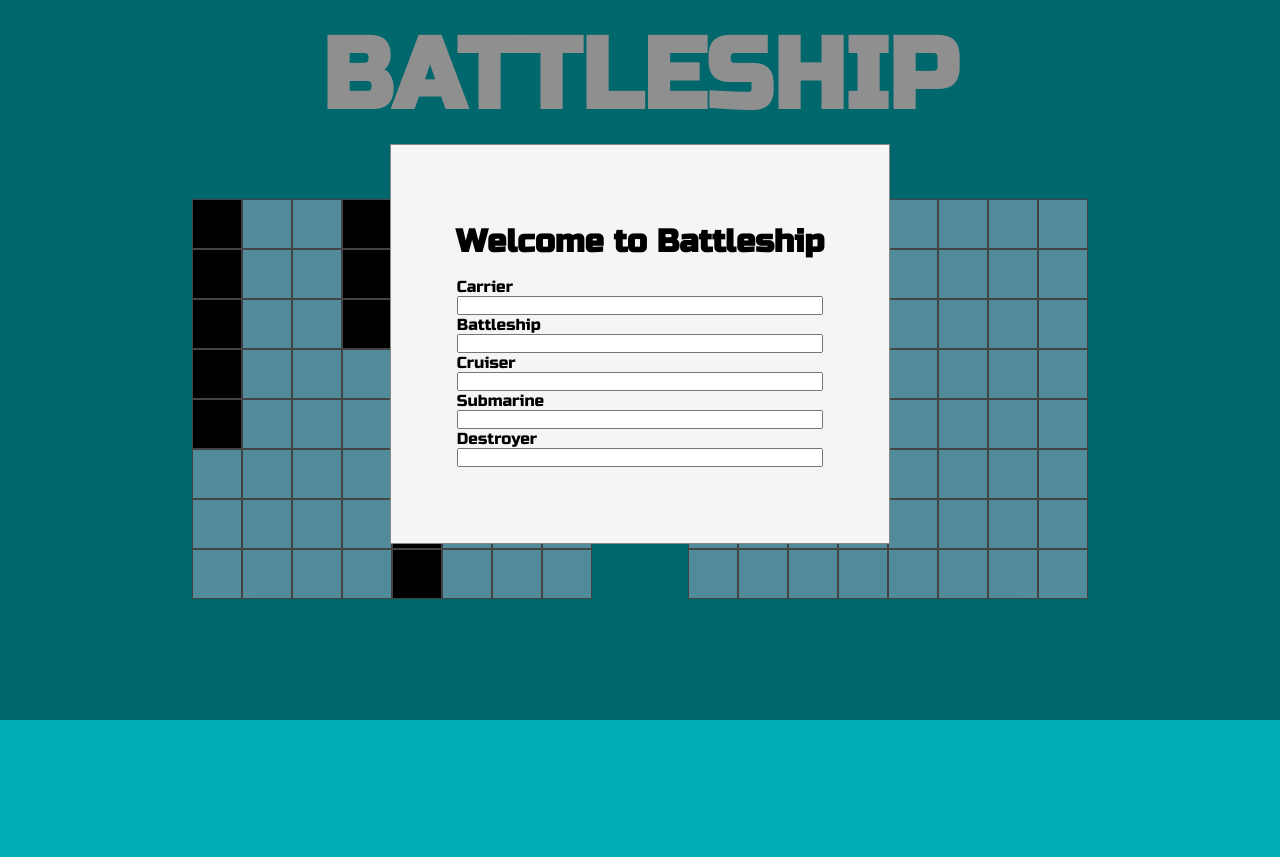
Repository: AzharMoosa/battleship
Page: /
These files come from the project's save history. The page is drawn as it stood at one moment and after the next save; the edit follows.
The browser window is 1280 px wide. The pictures show the whole page.
The project was rebuilt for these pictures with package versions that can differ from the ones it lists, and the page was loaded fresh each time.

Above is the page before, as saved 2020-07-09 10:09:02.

### src/App.js
import React from "react";
import Header from "./components/Header";
import Board from "./components/Board";
import { PlayersProvider } from "./context/PlayersContext";
import "./App.css";

function App() {
  return (
    <PlayersProvider>
      <div>
        <Header />
        <Board />
      </div>
    </PlayersProvider>
  );
}

export default App;

### src/components/Header.js
import React from "react";

const Header = () => {
  return (
    <div className='header'>
      <h1>Battleship</h1>
    </div>
  );
};

export default Header;

### src/components/Board.js
import React, { useState, Fragment } from "react";
import Square from "./Square";
import PlainSquare from "./PlainSquare";
import Player from "../functions/Player";
import Gameboard from "../functions/Gameboard";
import Overlay from "./Overlay";
import HitMiss from "./HitMiss";
import PlaceShip from "./PlaceShip";
import { v4 as uuidv4 } from "uuid";

const Board = () => {
  // eslint-disable-next-line
  const [player, setPlayer] = useState(Player(false));
  // eslint-disable-next-line
  const [computer, setComputer] = useState(Player(true));
  const [playerBoard, setPlayerBoard] = useState(Gameboard());
  const [computerBoard, setComputerBoard] = useState(Gameboard());
  const [playerTurn, setPlayerTurn] = useState(true);

  const getOutcome = (hit) => {
    let outcome = document.querySelector(".hit-miss-outcome");
    if (hit === true) {
      outcome.innerHTML = "Hit!";
    } else {
      outcome.innerHTML = "Miss!";
    }
  };

  const startGame = () => {
    playerBoard.placeShip(0, 0, player.ships[0], 1);
    playerBoard.placeShip(4, 4, player.ships[1], 1);
    playerBoard.placeShip(3, 0, player.ships[2], 1);
    playerBoard.placeShip(5, 0, player.ships[3], 1);
    playerBoard.placeShip(7, 0, player.ships[4], 1);

    computerBoard.placeShip(0, 0, computer.ships[0], 0);
    computerBoard.placeShip(4, 2, computer.ships[1], 0);
    computerBoard.placeShip(0, 3, computer.ships[2], 0);
    computerBoard.placeShip(3, 5, computer.ships[3], 0);
    computerBoard.placeShip(0, 7, computer.ships[4], 0);
  };

  const getBoardElm = (elm) => {
    if (elm !== "") {
      return "square ship";
    } else {
      return "square";
    }
  };

  const displayModal = (name) => {
    let modal = document.querySelector(".modal");
    let title = document.querySelector(".winner-name");
    let overlay = document.querySelector(".overlay");
    modal.style.display = "block";
    overlay.style.display = "none";
    if (name === "Computer") {
      title.innerHTML = "Computer Wins";
    } else if (name === "Player") {
      title.innerHTML = "Player Wins";
    }
  };

  const resetGame = () => {
    setPlayer(Player(false));
    setComputer(Player(true));
    setPlayerBoard(Gameboard());
    setComputerBoard(Gameboard());
    setPlayerTurn(true);
    let modal = document.querySelector(".modal");
    let overlay = document.querySelector(".overlay");
    let outcome = document.querySelector(".hit-miss-outcome");
    modal.style.display = "none";
    overlay.style.display = "grid";
    outcome.innerHTML = "";
  };

  const gameOver = () => {
    if (playerBoard.allShipSunk(player.ships)) {
      displayModal("Computer");
    } else if (computerBoard.allShipSunk(computer.ships)) {
      displayModal("Player");
    }
  };

  const attackComputer = (e) => {
    if (playerTurn === true) {
      let updatedBoard = computerBoard;
      // Get Coord
      let coords = e.target.id.split(",");
      let x = coords[1];
      let y = coords[0];
      player.attackEnemy(updatedBoard, parseInt(x), parseInt(y));
      if (computerBoard.grid[x][y] === "") {
        e.target.classList.add("ship-miss");
        getOutcome(false);
      } else {
        e.target.classList.add("ship-hit");
        getOutcome(true);
      }
      setComputerBoard(updatedBoard);
      setPlayerTurn(false);
    }
    computerTurn();
  };

  const computerTurn = () => {
    if (playerTurn === true) {
      let updatedBoard = playerBoard;
      let randomCoords = computer.getRandomCoords();
      let square = document.getElementById(randomCoords);
      let coords = randomCoords.split(",");
      let x = coords[1];
      let y = coords[0];
      computer.computerAttack(updatedBoard, x, y);
      if (playerBoard.grid[x][y] === "") {
        square.classList.add("ship-miss");
      } else {
        square.classList.add("ship-hit");
      }
      gameOver();
      setPlayerBoard(updatedBoard);
      setPlayerTurn(true);
    }
  };

  return (
    <Fragment>
      <PlaceShip />
      <div className='container'>
        <HitMiss />
        <div className='game-boards'>
          {startGame()}
          <div className='game-board'>
            {playerBoard.grid.map((col, j) =>
              col.map((elm, i) => (
                <Square
                  key={uuidv4()}
                  elm={elm}
                  getBoardElm={getBoardElm}
                  id={`${i},${j}`}
                />
              ))
            )}
          </div>

          <div className='comp'>
            <div className='game-board comp-board'>
              {computerBoard.grid.map((col, j) =>
                col.map((elm, i) => (
                  <Square
                    key={uuidv4()}
                    elm={elm}
                    getBoardElm={getBoardElm}
                    attackComputer={attackComputer}
                    id={`${i},${j}`}
                  />
                ))
              )}
            </div>
            <div className='overlay game-board'>
              {computerBoard.grid.map((col, j) =>
                col.map((elm, i) => <PlainSquare key={uuidv4()} />)
              )}
            </div>
          </div>
        </div>
        <Overlay resetGame={resetGame} />
      </div>
    </Fragment>
  );
};

export default Board;

### src/context/PlayersContext.js
import React, { useState, createContext } from "react";
import Player from "../functions/Player";
import Gameboard from "../functions/Gameboard";

export const PlayersContext = createContext();

export const PlayersProvider = (props) => {
  const [players, usePlayers] = useState([
    // Player
    {
      player: Player(false),
      board: Gameboard(),
    },
    // Computer
    {
      player: Player(true),
      board: Gameboard(),
    },
  ]);

  return (
    <PlayersContext.Provider value={[players, usePlayers]}>
      {props.children}
    </PlayersContext.Provider>
  );
};

### src/App.css
@import url("https://fonts.googleapis.com/css2?family=Russo+One&display=swap");

:root {
  --bg-primary: #00adb5;
  --bg-light: #eeeeee;
  --bg-dark: #222831;
}

* {
  margin: 0;
  padding: 0;
  box-sizing: border-box;
}

body {
  font-family: "Russo One", sans-serif;
  background-color: var(--bg-primary);
}

.header {
  text-align: center;
}

.header h1 {
  color: var(--bg-light);
  font-size: 100px;
  text-transform: uppercase;
  margin-top: 1rem;
}

.game-boards {
  display: flex;
  align-items: center;
  justify-content: space-between;
  width: 70%;
  height: 55vh;
  margin: 3rem auto;
}

.game-board {
  display: grid;
  grid-template-columns: repeat(8, 1fr);
  width: 400px;
  height: 400px;
}

.square {
  border: 1px solid #707070;
  background-color: rgb(136, 231, 255);
  width: 50px;
  height: 50px;
  pointer-events: auto !important;
  cursor: pointer;
}

.plain-square {
  border: 1px solid #707070;
  background-color: rgb(136, 231, 255);
  width: 50px;
  height: 50px;
  pointer-events: none !important;
  cursor: pointer;
}

.ship {
  background-color: #000;
}

.ship-hit {
  background-color: rgb(255, 77, 77) !important;
  pointer-events: none !important;
}

.ship-miss {
  background-color: #fff !important;
  pointer-events: none !important;
}

.comp {
  display: grid;
}

.comp-board,
.overlay {
  grid-area: 1 / 1;
}

.container {
  display: flex;
  flex-direction: column;
  height: 100vh;
}

.overlay {
  pointer-events: none;
}

.start {
  /* display: none; */
  position: fixed;
  z-index: 1;
  left: 0;
  top: 0;
  width: 100%;
  height: 100%;
  background-color: rgb(0, 0, 0);
  background-color: rgba(0, 0, 0, 0.4);
}

.start-content {
  background-color: #f5f5f5;
  margin: 20vh auto;
  padding: 20px;
  border: 1px solid #888;
  width: 500px;
  height: 400px;
  display: flex;
  flex-direction: column;
  align-items: center;
  justify-content: center;
}

.coord-inputs {
  display: flex;
  flex-direction: column;
  width: 80%;
  margin-top: 1rem;
}

.modal {
  display: none;
  position: fixed;
  z-index: 1;
  left: 0;
  top: 0;
  width: 100%;
  height: 100%;
  background-color: rgb(0, 0, 0);
  background-color: rgba(0, 0, 0, 0.4);
}

.modal-content-results {
  background-color: #f5f5f5;
  margin: 30vh auto;
  padding: 20px;
  border: 1px solid #888;
  width: 400px;
  height: 200px;
  display: flex;
  flex-direction: column;
  align-items: center;
  justify-content: center;
}

.winner-name {
  text-align: center;
  margin-bottom: 2rem;
  font-size: 40px;
}

.btn-primary {
  background-color: var(--bg-dark);
  color: #fff;
  width: 150px;
  height: 50px;
  font-size: 20px;
  border: none;
  outline: none;
  font-family: "Russo One", sans-serif;
  border-radius: 20px;
  cursor: pointer;
}

.hit-miss {
  display: flex;
  align-items: center;
  justify-content: center;
  margin-top: 1rem;
}

.hit-miss-outcome {
  color: #fff;
  font-size: 50px;
}

@media (min-width: 1700px) {
  .game-boards {
    height: 70vh;
    width: 80%;
  }

  .game-board {
    width: 650px;
    height: 650px;
  }

  .square,
  .plain-square {
    width: 81.25px;
    height: 81.25px;
  }
}

@media (max-width: 1200px) {
  .game-boards {
    height: 70vh;
    width: 80%;
    display: flex;
    flex-direction: column;
  }

  .game-board {
    width: 500px;
    height: 500px;
  }

  .comp {
    margin-top: 3rem;
  }

  .square,
  .plain-square {
    width: 62.5px;
    height: 62.5px;
  }
}

@media (max-width: 768px) {
  .header h1 {
    font-size: 60px;
  }

  .game-boards {
    width: 80%;
    display: flex;
    flex-direction: column;
  }

  .game-board {
    width: 400px;
    height: 400px;
  }

  .comp {
    margin-top: 3rem;
  }

  .square,
  .plain-square {
    width: 50px;
    height: 50px;
  }
}

@media (max-width: 414px) {
  .header h1 {
    font-size: 40px;
  }

  .game-boards {
    width: 70%;
    display: flex;
    flex-direction: column;
  }

  .game-board {
    width: 300px;
    height: 300px;
  }

  .comp {
    margin-top: 3rem;
  }

  .square,
  .plain-square {
    width: 37.5px;
    height: 37.5px;
  }

  .modal-content-results {
    width: 300px;
  }

  .winner-name {
    font-size: 35px;
  }

  .btn-primary {
    background-color: var(--bg-dark);
    color: #fff;
    width: 150px;
    height: 50px;
    font-size: 20px;
    border: none;
    outline: none;
    font-family: "Russo One", sans-serif;
    border-radius: 20px;
    cursor: pointer;
  }
}

@media (max-width: 375px) {
  .header h1 {
    font-size: 35px;
  }

  .game-boards {
    width: 70%;
    display: flex;
    flex-direction: column;
  }

  .game-board {
    width: 280px;
    height: 280px;
  }

  .comp {
    margin-top: 3rem;
  }

  .square,
  .plain-square {
    width: 35px;
    height: 35px;
  }
}

@media (max-width: 320px) {
  .modal-content-results {
    width: 250px;
  }

  .winner-name {
    font-size: 30px;
  }
}

### src/components/Square.js
import React from "react";

const Square = ({ elm, attackComputer, getBoardElm, id }) => {
  return (
    <div className={getBoardElm(elm)} id={id} onClick={attackComputer}></div>
  );
};

export default Square;

### src/components/PlainSquare.js
import React from "react";

const PlainSquare = () => {
  return <div className='plain-square'></div>;
};

export default PlainSquare;

### src/functions/Player.js
import Ship from "./Ship";

const Player = (ai) => {
  let previousShots = [];

  // Create Ships
  let carrier = Ship("Carrier", 5);
  let battleship = Ship("Battleship", 4);
  let cruiser = Ship("Cruiser", 3);
  let submarine = Ship("Submarine", 3);
  let destroyer = Ship("Destroyer", 2);
  let ships = [carrier, battleship, cruiser, submarine, destroyer];

  const attackEnemy = (enemyBoard, x, y) => {
    if (!previousShots.includes([x, y])) {
      enemyBoard.receiveAttack(x, y);
      previousShots.push([parseInt(x), parseInt(y)]);
      return true;
    }
    return false;
  };

  const checkCoord = (x, y) => {
    previousShots.forEach((coords) => {
      if (
        parseInt(coords[1]) === parseInt(x) &&
        parseInt(coords[0]) === parseInt(y)
      ) {
        return true;
      }
    });
    return false;
  };

  const getRandomCoords = (gameboard) => {
    let maximum = 7;
    let minimum = 0;
    let x = 0;
    let y = 0;

    do {
      x = Math.floor(Math.random() * (maximum - minimum + 1)) + minimum;
      y = Math.floor(Math.random() * (maximum - minimum + 1)) + minimum;
    } while (checkCoord(x, y));
    return `${x},${y}`;
  };

  const computerAttack = (enemyBoard, x, y) => {
    enemyBoard.receiveAttack(x, y);
    previousShots.push([x, y]);
  };

  return { previousShots, ships, attackEnemy, computerAttack, getRandomCoords };
};

export default Player;

### src/functions/Gameboard.js
const Gameboard = () => {
  let previousShots = [];
  const grid = new Array(8).fill("");
  for (let i = 0; i < grid.length; i++) {
    grid[i] = new Array(8).fill("");
  }

  const getGrid = () => {
    return grid;
  };

  const getPreviousShots = () => {
    return previousShots;
  };

  const placeShip = (x, y, ship, orientation) => {
    // Horizontal Orientation = 0
    // Vertical Orientation = 1

    // Check If Ship Fits
    let shipLength = ship.length;

    if (orientation === 0) {
      for (let i = x; i < x + ship.length; i++) {
        if (grid[y][i] !== "" || x + shipLength > 8) {
          return false;
        }
        grid[y][i] = ship;
        ship.setShipCoords(y, i);
      }
    } else if (orientation === 1) {
      for (let i = y; i < y + ship.length; i++) {
        if (grid[i][x] !== "" || y + shipLength > 8) {
          return false;
        }
        grid[i][x] = ship;
        ship.setShipCoords(i, x);
      }
    }
    return true;
  };

  const flatten = (arr) => {
    return arr.join(" |-| ");
  };

  const receiveAttack = (x, y) => {
    // Check if ship is at position
    if (grid[x][y] !== "") {
      let ship = grid[x][y];
      let shipCoords = ship.getShipCoords();
      let arrSearch = shipCoords.map((row) => {
        return flatten(row);
      });
      let pos = arrSearch.indexOf(flatten([x, y]));
      if (!ship.isHit(pos)) {
        ship.hit(pos);
        return true;
      }
    }
    previousShots.push([x, y]);
    return false;
  };

  const allShipSunk = (ships) => {
    for (let i = 0; i < ships.length; i++) {
      if (!ships[i].isSunk()) {
        return false;
      }
    }

    return true;
  };

  return {
    grid,
    previousShots,
    getGrid,
    placeShip,
    receiveAttack,
    getPreviousShots,
    allShipSunk,
  };
};

export default Gameboard;

### src/components/Overlay.js
import React from "react";

const Overlay = ({ resetGame }) => {
  return (
    <div className='modal'>
      <div className='modal-content-results'>
        <h1 className='winner-name'>Player Wins</h1>
        <button className='btn-primary' onClick={resetGame}>
          Restart
        </button>
      </div>
    </div>
  );
};

export default Overlay;

### src/components/HitMiss.js
import React from "react";

const HitMiss = () => {
  return (
    <div className='hit-miss'>
      <h1 className='hit-miss-outcome'>{}</h1>
    </div>
  );
};

export default HitMiss;

### src/components/PlaceShip.js
import React, { useState } from "react";

const PlaceShip = () => {
  const [carrier, setCarrier] = useState("");
  const [battleship, setBattleship] = useState("");
  const [cruiser, setCruiser] = useState("");
  const [submarine, setSubmarine] = useState("");
  const [destroyer, setDestroyer] = useState("");

  return (
    <div className='start'>
      <div className='start-content'>
        <h1>Welcome to Battleship</h1>
        <div className='coord-inputs'>
          <label htmlFor='carrier'>Carrier</label>
          <input
            type='text'
            onChange={(e) => setCarrier(e.target.value)}
            className='coord-input'
          />
          <label htmlFor='battleship'>Battleship</label>
          <input
            type='text'
            onChange={(e) => setBattleship(e.target.value)}
            className='coord-input'
          />
          <label htmlFor='cruiser'>Cruiser</label>
          <input
            type='text'
            onChange={(e) => setCruiser(e.target.value)}
            className='coord-input'
          />
          <label htmlFor='submarine'>Submarine</label>
          <input
            type='text'
            onChange={(e) => setSubmarine(e.target.value)}
            className='coord-input'
          />
          <label htmlFor='destroyer'>Destroyer</label>
          <input
            type='text'
            onChange={(e) => setDestroyer(e.target.value)}
            className='coord-input'
          />
        </div>
      </div>
    </div>
  );
};

export default PlaceShip;

### src/functions/Ship.js
const Ship = (name, length) => {
  // Fills ship with false
  const ship = new Array(length).fill(false);
  let shipCoords = [];

  // Hit
  const hit = (pos) => (ship[pos] = true);

  // If Ship Sunk
  const isSunk = () => {
    return ship.every((v) => v === true);
  };

  const isHit = (pos) => {
    return ship[pos] === true ? true : false;
  };

  // Returns ship
  const getShip = () => {
    return ship;
  };

  const setShipCoords = (x, y) => {
    shipCoords.push([x, y]);
  };

  const getShipCoords = () => {
    return shipCoords;
  };

  return {
    name,
    ship,
    length,
    hit,
    isSunk,
    isHit,
    getShip,
    setShipCoords,
    getShipCoords,
  };
};

export default Ship;

Loaded but not shown: public/index.html (common file); src/index.js (common file)

After the next save:
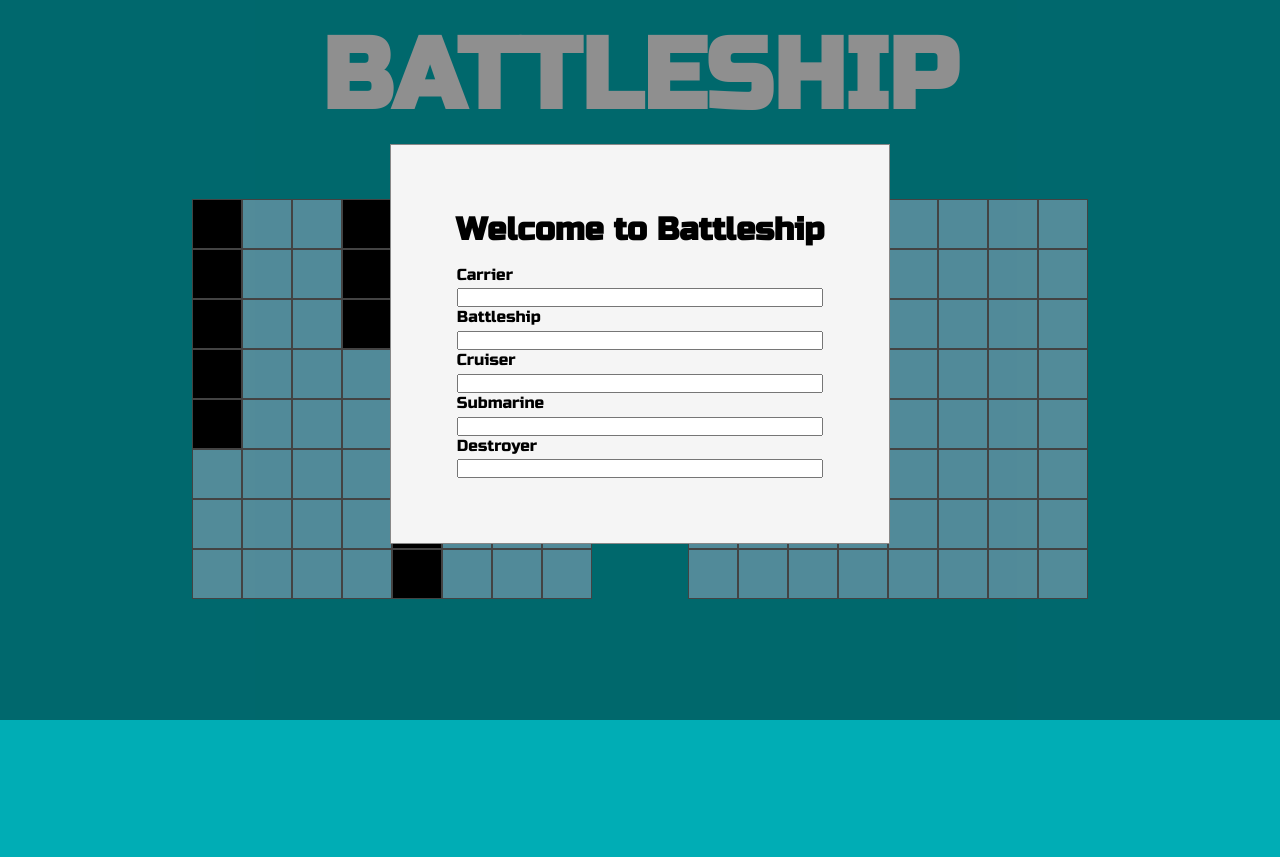
Saved 15 s later.
--- a/src/App.css
+++ b/src/App.css
@@ -125,6 +125,10 @@ body {
   flex-direction: column;
   width: 80%;
   margin-top: 1rem;
+}
+
+.coord-input {
+  margin-top: 0.3rem;
 }
 
 .modal {
